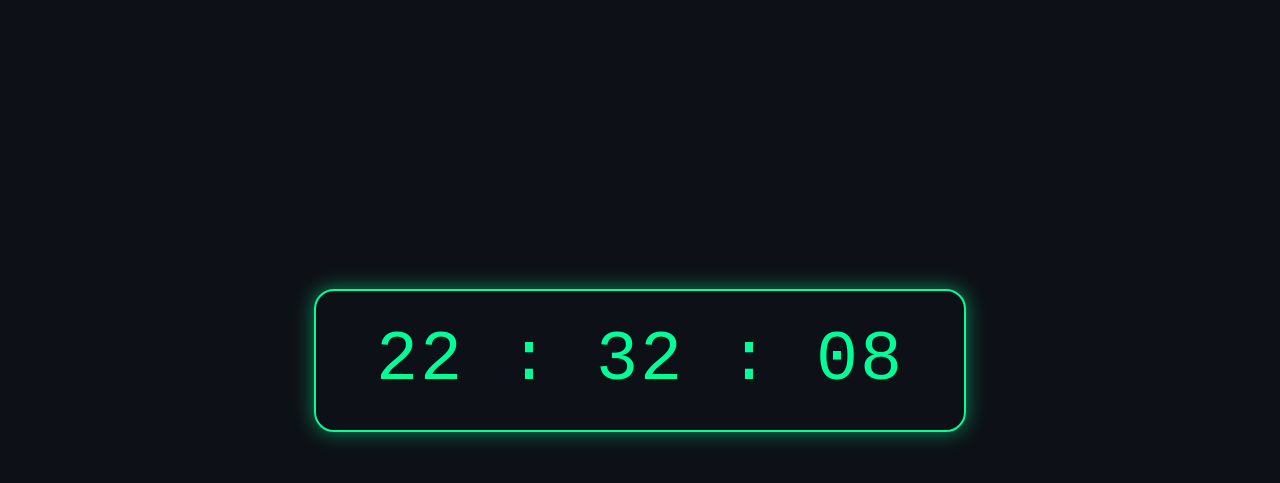
Repository: trunghau06/baiTapJs
Page: index.html
An editor plug-in stored every save of this project. The page is shown before and after the next save, followed by the edit.
The browser window is 1280 px wide. The pictures show the whole page.

Above is the page before, as saved 2025-10-20 22:35:37.

After the next save:
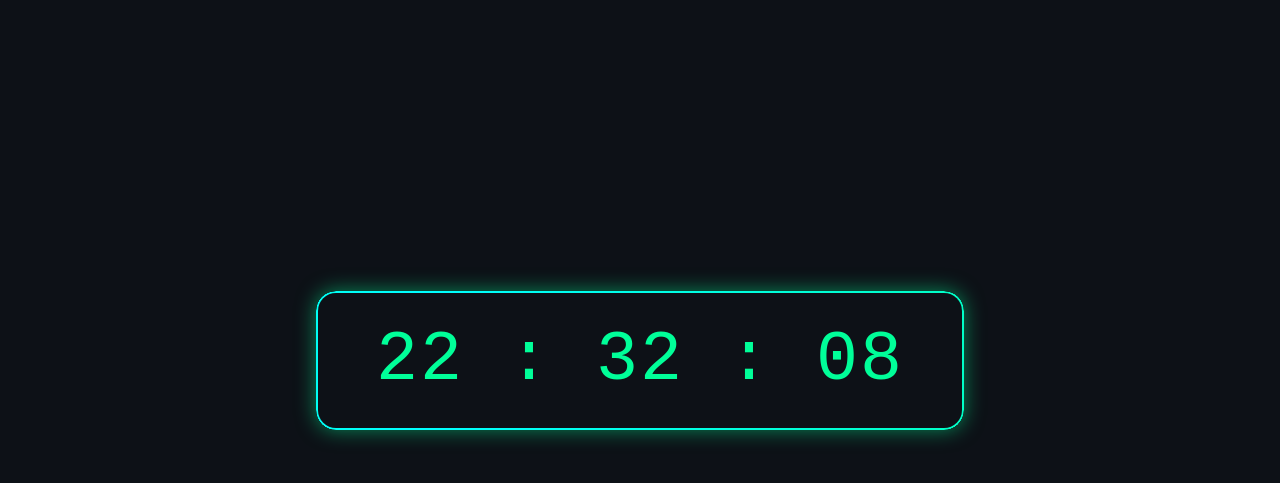
Saved 20 min 38 s later.
--- a/style.css
+++ b/style.css
@@ -10,11 +10,38 @@ body {
 }
 
 .showThoiGian {
+  position: relative;
   font-size: 70px;
   letter-spacing: 2px;
   padding: 30px 60px;
-  border: 2px solid #00ff99;
   border-radius: 20px;
+  text-align: center;
+  overflow: hidden;
+  color: #00ff99;
   box-shadow: 0 0 20px rgba(0, 255, 153, 0.5);
-  text-align: center;
 }
+
+/* Thêm lớp giả để tạo hiệu ứng viền chạy */
+.showThoiGian::before {
+  content: "";
+  position: absolute;
+  inset: 0;
+  border-radius: 20px;
+  padding: 2px; /* độ dày viền */
+  background: linear-gradient(90deg, #00ff99, #00ffff, #00ff99);
+  background-size: 300% 300%;
+  animation: chayvien 3s linear infinite;
+  -webkit-mask:
+    linear-gradient(#fff 0 0) content-box,
+    linear-gradient(#fff 0 0);
+  -webkit-mask-composite: xor;
+          mask-composite: exclude;
+  z-index: -1;
+}
+
+/* Animation di chuyển ánh sáng */
+@keyframes chayvien {
+  0% { background-position: 0% 50%; }
+  50% { background-position: 100% 50%; }
+  100% { background-position: 0% 50%; }
+}
